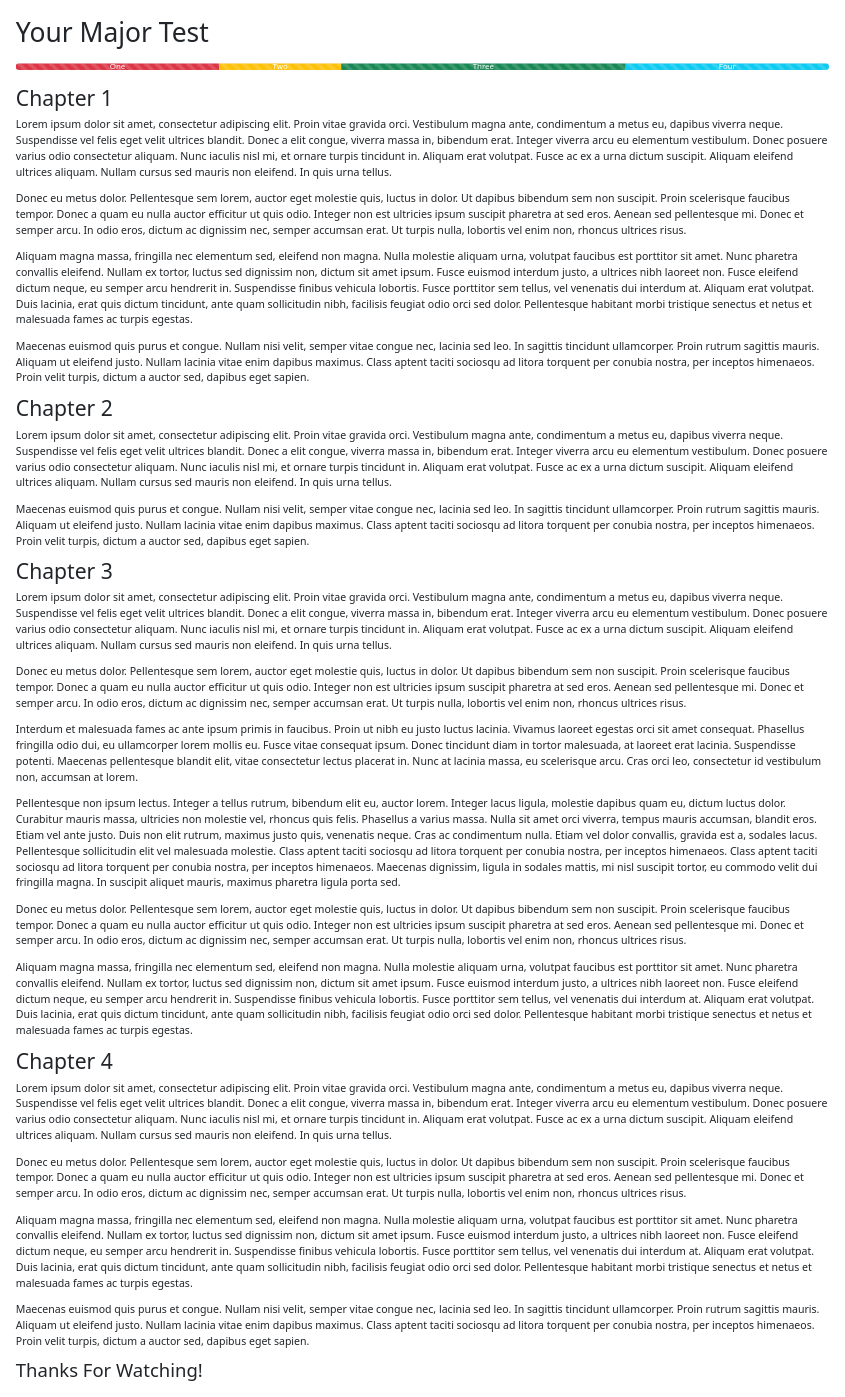
Repository: sarahlochhead/check-santas-list
Page: index.html
An editor plug-in stored every save of this project. The page is shown before and after a run of saves, followed by the edit.
The browser window is 1280 px wide. The pictures show the whole page, at 66% of full size.

Above is the page before, as saved 2022-11-23 15:03:17.

After the next 2 saves:
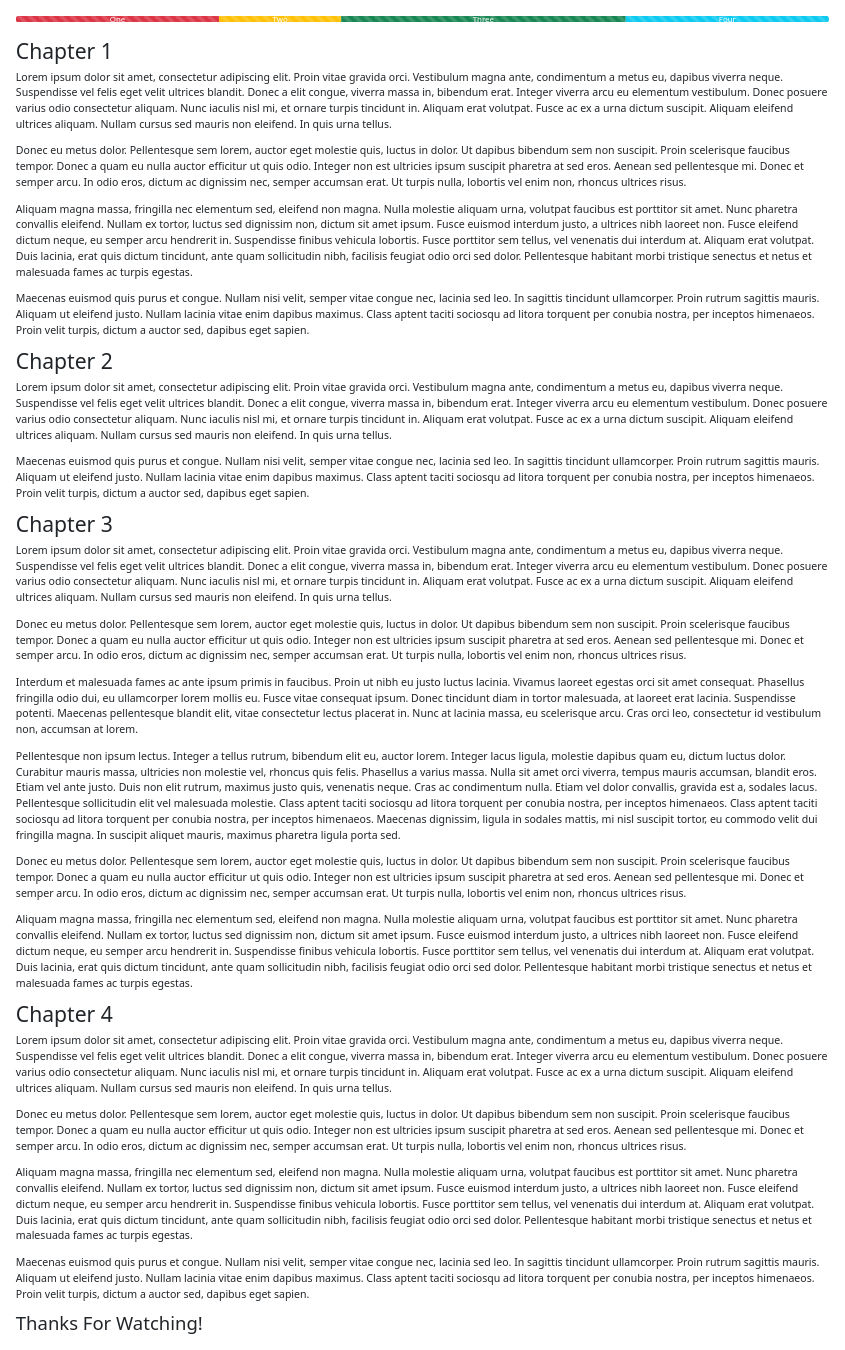
The 2 saves are shown as one change because they came seconds apart.
The last was saved 60 s later.
--- a/index.html
+++ b/index.html
@@ -10,7 +10,7 @@
 <body class="m-4">
     <!-- STEP 3: Review the HTML for the page -->
     <main>
-        <h1>Your Major Test</h1>
+        <h1></h1>
         <!-- STEP 4: Create a div and add .progress and some top and bottom margin -->
         <div class="progress mt-4 mb-4 sticky-top" style="height: 10px;">
             <!-- STEP 5: Create another div .progress-bar. Add the appropriate roles and aria attributes (b/c this is not the HTML5 semantic element <progress>)-->

After the save that followed:
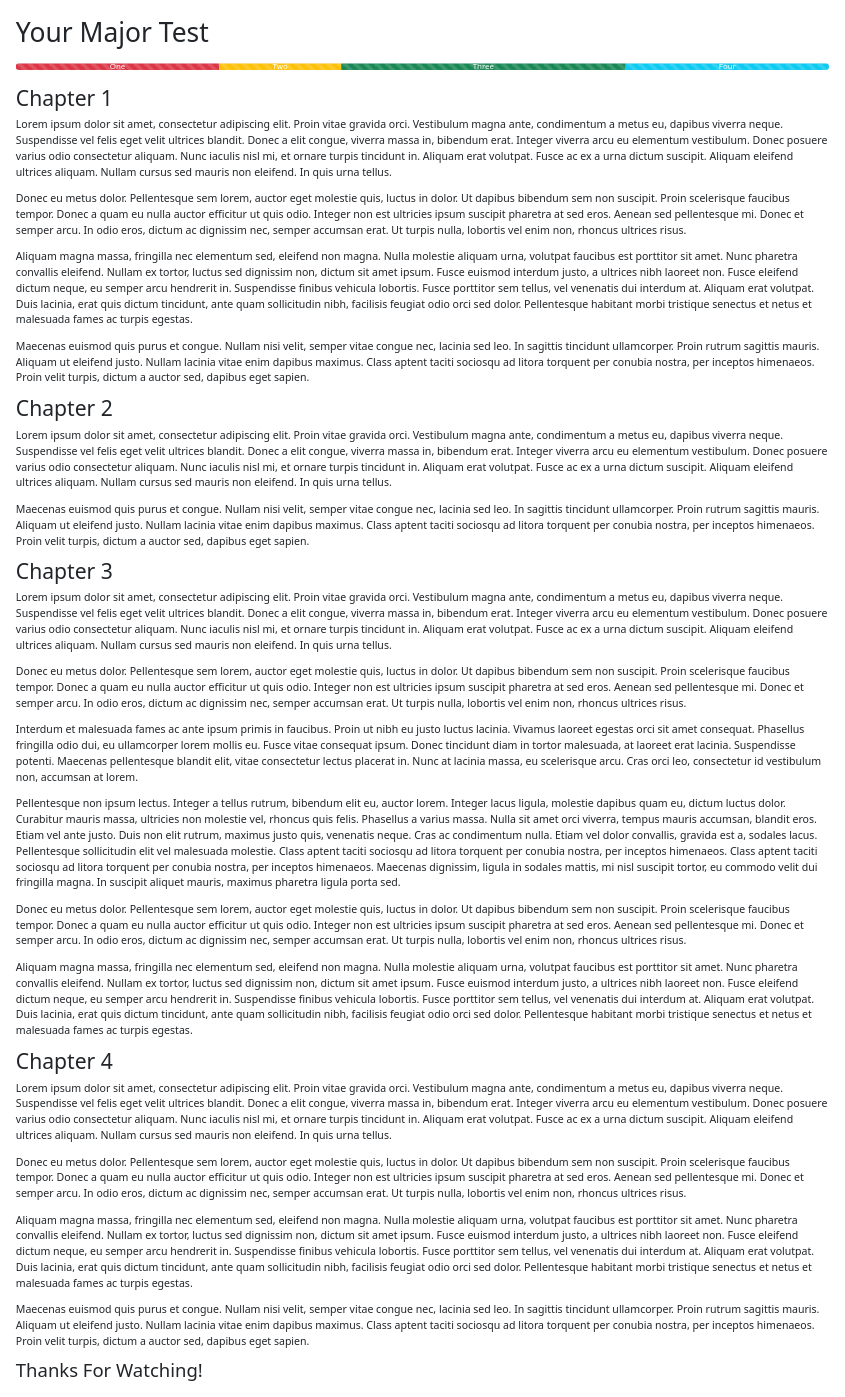
Saved 5 s later.
--- a/index.html
+++ b/index.html
@@ -10,7 +10,7 @@
 <body class="m-4">
     <!-- STEP 3: Review the HTML for the page -->
     <main>
-        <h1></h1>
+        <h1>Your Major Test</h1>
         <!-- STEP 4: Create a div and add .progress and some top and bottom margin -->
         <div class="progress mt-4 mb-4 sticky-top" style="height: 10px;">
             <!-- STEP 5: Create another div .progress-bar. Add the appropriate roles and aria attributes (b/c this is not the HTML5 semantic element <progress>)-->
